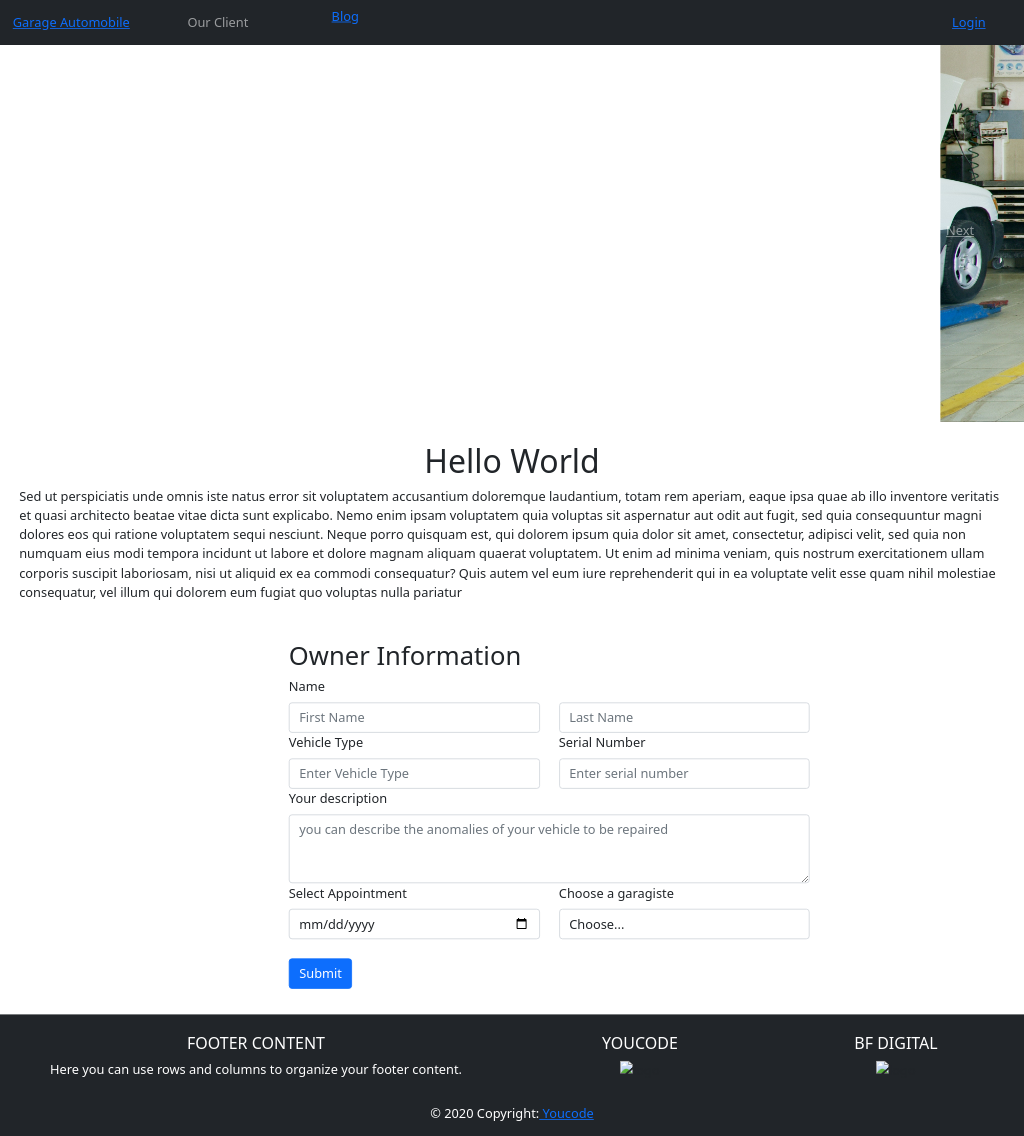
Repository: abdelhak-f/Fil-Rouge
Page: / (app in client/)
An editor plug-in stored every save of this project. The page is shown before and after the next save, followed by the edit.
The browser window is 1280 px wide. The pictures show the whole page, at 80% of full size.
The project was rebuilt for these pictures with package versions that can differ from the ones it lists, and the page was loaded fresh each time. Also part of the build but not shown: client/src/components/Blog.jsx, client/src/components/forms/FormGarage.jsx, client/src/components/loged/login/Login.jsx, client/src/components/loged/register/Register.jsx.

Above is the page before, as saved 2021-09-12 13:38:59.

### client/public/index.html
<!DOCTYPE html>
<html lang="en">
  <head>
    <meta charset="utf-8" />
    <link rel="icon" href="%PUBLIC_URL%/favicon.ico" />
    <meta name="viewport" content="width=device-width, initial-scale=1" />
    <meta name="theme-color" content="#000000" />
    <meta
      name="description"
      content="Web site created using create-react-app"
    />
    <!--   import bootstrao  -->
    <link
  rel="stylesheet"
  href="https://cdn.jsdelivr.net/npm/bootstrap@5.1.0/dist/css/bootstrap.min.css"
  integrity="sha384-KyZXEAg3QhqLMpG8r+8fhAXLRk2vvoC2f3B09zVXn8CA5QIVfZOJ3BCsw2P0p/We"
  crossorigin="anonymous"
  />

    <link rel="apple-touch-icon" href="%PUBLIC_URL%/logo192.png" />
    <!--
      manifest.json provides metadata used when your web app is installed on a
      user's mobile device or desktop. See https://developers.google.com/web/fundamentals/web-app-manifest/
    -->
    <link rel="manifest" href="%PUBLIC_URL%/manifest.json" />
    <!--
      Notice the use of %PUBLIC_URL% in the tags above.
      It will be replaced with the URL of the `public` folder during the build.
      Only files inside the `public` folder can be referenced from the HTML.

      Unlike "/favicon.ico" or "favicon.ico", "%PUBLIC_URL%/favicon.ico" will
      work correctly both with client-side routing and a non-root public URL.
      Learn how to configure a non-root public URL by running `npm run build`.
    -->
    <title>React App</title>
  </head>
  <body>
    <noscript>You need to enable JavaScript to run this app.</noscript>
    <div id="root"></div>
    <!--
      This HTML file is a template.
      If you open it directly in the browser, you will see an empty page.

      You can add webfonts, meta tags, or analytics to this file.
      The build step will place the bundled scripts into the <body> tag.

      To begin the development, run `npm start` or `yarn start`.
      To create a production bundle, use `npm run build` or `yarn build`.
    -->
  </body>
</html>

### client/src/index.js
import React from 'react';
import ReactDOM from 'react-dom';
import './index.css';
import App from './App';
import reportWebVitals from './reportWebVitals';

// import bootstrap
import 'bootstrap/dist/css/bootstrap.min.css';

ReactDOM.render(
  <React.StrictMode>
    <App />
  </React.StrictMode>,
  document.getElementById('root')
);

// If you want to start measuring performance in your app, pass a function
// to log results (for example: reportWebVitals(console.log))
// or send to an analytics endpoint. Learn more: https://bit.ly/CRA-vitals
reportWebVitals();

### client/src/App.js
// import './App.css';
import React from 'react';

import Navbar from './components/Nnavbar';
import Body from './components/Body';
import Footer from './components/Footer';
import Blog from './components/Blog';
import FormGarage from './components/forms/FormGarage'
import Login from './components/loged/login/Login';
import Register from './components/loged/register/Register';

import { BrowserRouter as Router, Switch, Route } from 'react-router-dom';






function App() {
  return (


    <>
<Router>

     <Navbar />




    <Switch>
    <Route  path="/" exact component={Body} />
    <Route  path="/Blog" component={Blog} />
    <Route  path="/FormGarage" component={FormGarage} />
    <Route  path="/login" component={Login} />
    <Route  path="/register" component={Register} />
    </Switch>

    <Footer/>
</Router>
    </>

  );
}

export default App;

### client/src/components/Nnavbar.jsx
import React from 'react';
import { NavLink } from 'react-router-dom';

import * as ReactBootstrap from 'react-bootstrap';









function Navbar() {
    return(
      <>

            <ReactBootstrap.Navbar className="mb-5" collapseOnSelect expand="lg" bg="dark" variant="dark" fixed="top">

 <NavLink className="mx-3" to="/">Garage Automobile</NavLink>
 <ReactBootstrap.Navbar.Toggle aria-controls="responsive-navbar-nav" />
 <ReactBootstrap.Navbar.Collapse id="responsive-navbar-nav">
   <ReactBootstrap.Nav className="me-auto">
     <ReactBootstrap.Nav.Link className="mx-5" href="#features">Our Client</ReactBootstrap.Nav.Link>
     <NavLink  className="px-5" to="/blog">Blog</NavLink>
     {/* <ReactBootstrap.NavDropdown title="Dropdown" id="collasible-nav-dropdown">
       <ReactBootstrap.NavDropdown.Item href="#action/3.1">Action</ReactBootstrap.NavDropdown.Item>
       <ReactBootstrap.NavDropdown.Item href="#action/3.2">Another action</ReactBootstrap.NavDropdown.Item>
       <ReactBootstrap.NavDropdown.Item href="#action/3.3">Something</ReactBootstrap.NavDropdown.Item>
       <ReactBootstrap.NavDropdown.Divider />
       <ReactBootstrap.NavDropdown.Item href="#action/3.4">Separated link</ReactBootstrap.NavDropdown.Item>
     </ReactBootstrap.NavDropdown> */}
   </ReactBootstrap.Nav>
   <ReactBootstrap.Nav>
     <NavLink  className="px-5"  to="/login"> Login</NavLink>
     {/* <ReactBootstrap.Nav.Link eventKey={2} href="#memes">
       Admin
     </ReactBootstrap.Nav.Link> */}
   </ReactBootstrap.Nav>
 </ReactBootstrap.Navbar.Collapse>

</ReactBootstrap.Navbar>





</>

    )
}

export default Navbar ;

### client/src/components/Body.jsx
import React from 'react';
import Text from './Text';
import FirstFrontForm from './forms/FirstFrontForm';

export default function componentName() {
  return (
    <>
    {/* import the Text */}
    <Text />


     {/* import the first form of client */}
     <FirstFrontForm />

    </>
  );
}

### client/src/components/Footer.jsx
import React from "react";


function Footer () {
    return(
<footer  className="pt-4 page-footer font-small blue bg-dark ">
    <div className="text-center container-fluid text-md-left ">
        <div className="row">
            <div className="mt-3 text-white col-md-6 mt-md-0">
                <h5 className=" text-uppercase">Footer Content</h5>
                <p >Here you can use rows and columns to organize your footer content.</p>
            </div>

            <hr className="clearfix pb-0 w-100 d-md-none"/>

            <div className="mb-3 col-md-3 mb-md-0">
                <h5 className="text-white text-uppercase">Youcode</h5>
                <img src="" alt="logo" width={300} /></div>

            <div className="mb-3 col-md-3 mb-md-0">
                <h5 className="text-white text-uppercase " >BF Digital</h5>
                <img src="" alt="logo" width={300} />
            </div>
        </div>
    </div>

    <div className="py-3 text-center text-white footer-copyright " >© 2020 Copyright:
        <a href="https://www.youcode.ma/"> Youcode</a>
    </div>

</footer>
)

}

export default Footer

### client/src/components/Text.jsx
import React from 'react';
import {Carousel} from 'react-bootstrap';

import image from '../images/image.jpg';
import image1 from '../images/image1.jpg';
import image2 from '../images/image2.jpg';


function Text() {
    return(
      <>
      <Carousel className="mt-5">
  <Carousel.Item>
    <img
      className="d-block w-100"
      src={image}
      alt="First slide"
    />
    <Carousel.Caption>
      <h3>First slide label</h3>
      <p>Nulla vitae elit libero, a pharetra augue mollis interdum.</p>
    </Carousel.Caption>
  </Carousel.Item>
  <Carousel.Item>
    <img
      className="d-block w-100"
      src={image1}
      alt="Second slide"
    />

    <Carousel.Caption>
      <h3>Second slide label</h3>
      <p>Lorem ipsum dolor sit amet, consectetur adipiscing elit.</p>
    </Carousel.Caption>
  </Carousel.Item>
  <Carousel.Item>
    <img
      className="d-block w-100"
      src={image2}
      alt="Third slide"
    />

    <Carousel.Caption>
      <h3>Third slide label</h3>
      <p>Praesent commodo cursus magna, vel scelerisque nisl consectetur.</p>
    </Carousel.Caption>
  </Carousel.Item>
</Carousel>

          <h1 className="mt-4 text-center font-weight-bold">
              Hello World
          </h1>
       <p className="mx-4 text-justify font-weight-normal">
       Sed ut perspiciatis unde omnis iste natus error sit voluptatem accusantium doloremque laudantium, totam rem aperiam, eaque ipsa quae ab illo inventore veritatis et quasi architecto beatae vitae dicta sunt explicabo. Nemo enim ipsam voluptatem quia voluptas sit aspernatur aut odit aut fugit, sed quia consequuntur magni dolores eos qui ratione voluptatem sequi nesciunt. Neque porro quisquam est, qui dolorem ipsum quia dolor sit amet, consectetur, adipisci velit, sed quia non numquam eius modi tempora incidunt ut labore et dolore magnam aliquam quaerat voluptatem. Ut enim ad minima veniam, quis nostrum exercitationem ullam corporis suscipit laboriosam, nisi ut aliquid ex ea commodi consequatur? Quis autem vel eum iure reprehenderit qui in ea voluptate velit esse quam nihil molestiae consequatur, vel illum qui dolorem eum fugiat quo voluptas nulla pariatur
       </p>


       </>

    )
}

export default Text ;

### client/src/components/forms/FirstFrontForm.jsx
import React  from 'react';
import {Form, Container,Jumbotron, Button, Row, Col} from 'react-bootstrap';


 function FirstFrontForm () {
  return (

    <Container className="mt-5 mb-3">

            <Col md={{ span: 7, offset: 3 }}>
              <Jumbotron>
                <Form>
                  <Form.Group>
                    <h2>Owner Information</h2>
                    <Form.Label>Name</Form.Label>
                    <Row>
                      <Col>
                        <Form.Control placeholder="First Name"></Form.Control>
                      </Col>
                      <Col>
                        <Form.Control placeholder="Last Name"></Form.Control>
                      </Col>
                    </Row>
                  </Form.Group>
                  {/* <Row>
                    <Form.Group as={Col} controlId="formGridEmail">
                      <Form.Label>Email</Form.Label>
                      <Form.Control type="email" placeholder="Enter Email" />
                    </Form.Group>
                    <Form.Group as={Col} controlId="formGridTel">
                      <Form.Label>Phone</Form.Label>
                      <Form.Control
                        type="telephone"
                        placeholder="Enter Phone Number"
                      />
                    </Form.Group>
                  </Row>
                  <Form.Group controlId="formGridAddress1">
                    <Form.Label>Address</Form.Label>
                    <Form.Control placeholder="1234 Main St" />
                  </Form.Group>

                  <Row>

                    <Form.Group as={Col} controlId="formGridState">
                      <Form.Label>City</Form.Label>
                      <Form.Control as="select">
                        <option>Choose...</option>
                        <option>Youssoufia</option>
                        <option>Safi</option>
                        <option>Marrakech</option>
                        <option>Agadir</option>
                        <option>Casablanca</option>
                        <option>Rabat</option>
                      </Form.Control>
                    </Form.Group>
                    <Form.Group as={Col} controlId="formGridCityZip">
                      <Form.Label>Zip Code</Form.Label>
                      <Form.Control />
                    </Form.Group>
                  </Row> */}
                  <Row>
                    <Form.Group as={Col} controlId="formGridEmail">
                      <Form.Label>Vehicle Type</Form.Label>
                      <Form.Control type="text" placeholder="Enter Vehicle Type" />
                    </Form.Group>
                    <Form.Group as={Col} controlId="formGridTel">
                      <Form.Label>Serial Number</Form.Label>
                      <Form.Control
                        type="number"
                        placeholder="Enter serial number"
                      />
                    </Form.Group>
                  </Row>
                  <Row>
                    <Form.Group className="" controlId="exampleForm.ControlTextarea1">
                      <Form.Label>Your description</Form.Label>
                      <Form.Control as="textarea" rows={3}
                        placeholder="you can describe the anomalies of your vehicle to be repaired"
                      />
                    </Form.Group>
                    <Form.Group as={Col} >
                    <Form.Label>Select Appointment</Form.Label>
                    <Form.Control
                      type="date"
                      // value={date}
                      // onChange={this.setDate}
                    />
                  </Form.Group>
                  <Form.Group as={Col} >
                      <Form.Label>Choose a garagiste</Form.Label>
                      <Form.Control type="text" as="select" >
                       <option>Choose...</option>
                       </Form.Control>

                    </Form.Group>
                  </Row>
                  <br />


                  <Button className="mb-3"
                   variant="primary" type="submit">
                     Submit
                 </Button>

                </Form>
              </Jumbotron>
            </Col>


        </Container>




  );
}

export default FirstFrontForm ;

### client/src/components/css/style.css

.Blog {
    margin-top: 5rem;
    margin-bottom: 5rem;
  }
  .Login{
    margin-top: 5rem;
    margin-bottom: 5rem;
    margin-left: 25%;
    margin-right: 25%;
  }

  .form-inline {
      margin-top:  5%;
      width: 80%;
      height: 5%;
  }
  .btn{
      margin-bottom: 23%;
  }

  .owner{
      margin-top: 5rem;
  }

Loaded but not shown: client/src/index.css (common file); client/src/reportWebVitals.js (common file)

After the next save:
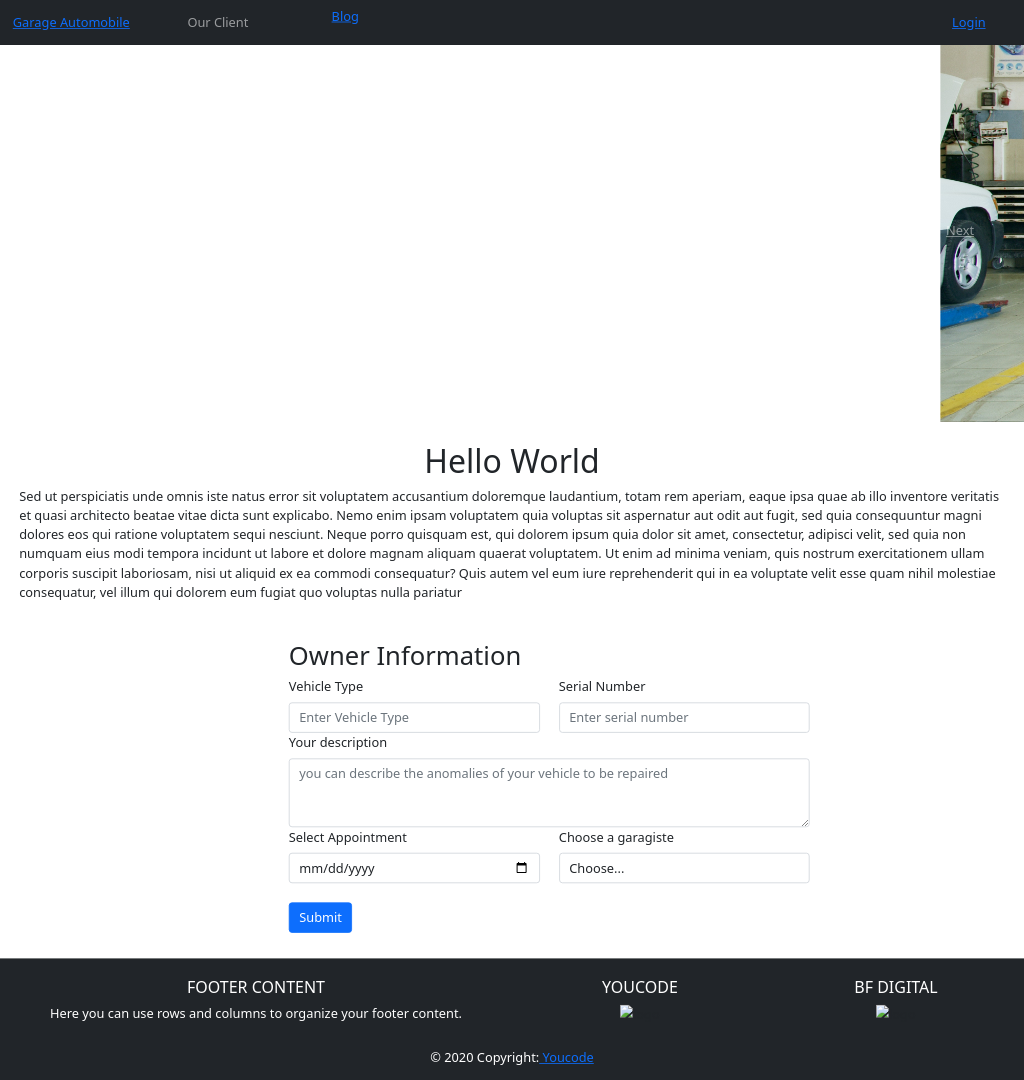
Saved 24 s later.
--- a/client/src/components/forms/FirstFrontForm.jsx
+++ b/client/src/components/forms/FirstFrontForm.jsx
@@ -12,7 +12,7 @@ import {Form, Container,Jumbotron, Button, Row, Col} from 'react-bootstrap';
                 <Form>
                   <Form.Group>
                     <h2>Owner Information</h2>
-                    <Form.Label>Name</Form.Label>
+                    {/* <Form.Label>Name</Form.Label>
                     <Row>
                       <Col>
                         <Form.Control placeholder="First Name"></Form.Control>
@@ -20,7 +20,7 @@ import {Form, Container,Jumbotron, Button, Row, Col} from 'react-bootstrap';
                       <Col>
                         <Form.Control placeholder="Last Name"></Form.Control>
                       </Col>
-                    </Row>
+                    </Row> */}
                   </Form.Group>
                   {/* <Row>
                     <Form.Group as={Col} controlId="formGridEmail">
